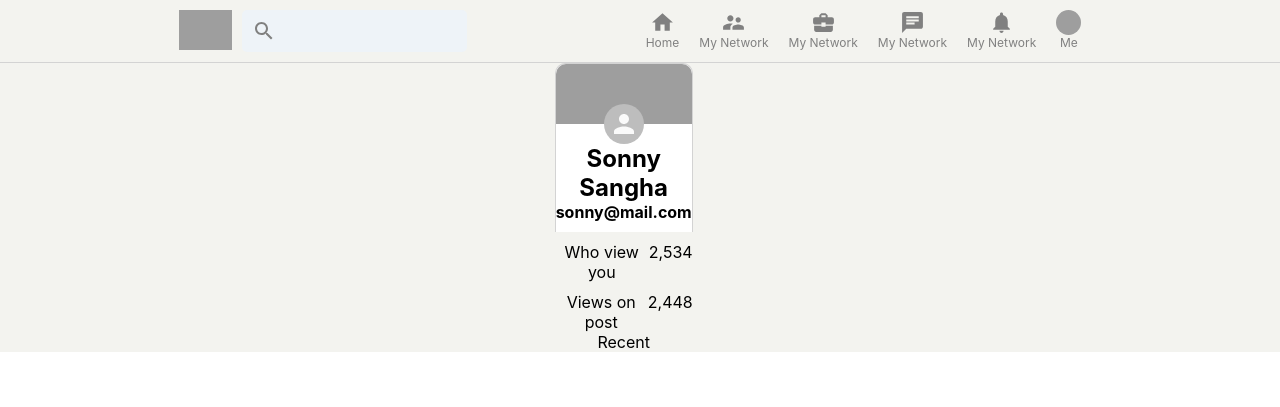
Repository: joaogamarra/linkedin-clone
Page: /
An editor plug-in stored every save of this project. The page is shown before and after the next save, followed by the edit.
The browser window is 1280 px wide. The pictures show the whole page.
Pictures or frames that could not be fetched are drawn as grey boxes. The project was rebuilt for these pictures with package versions that can differ from the ones it lists, and the page was loaded fresh each time.

Above is the page before, as saved 2021-02-18 19:50:56.

After the next save:
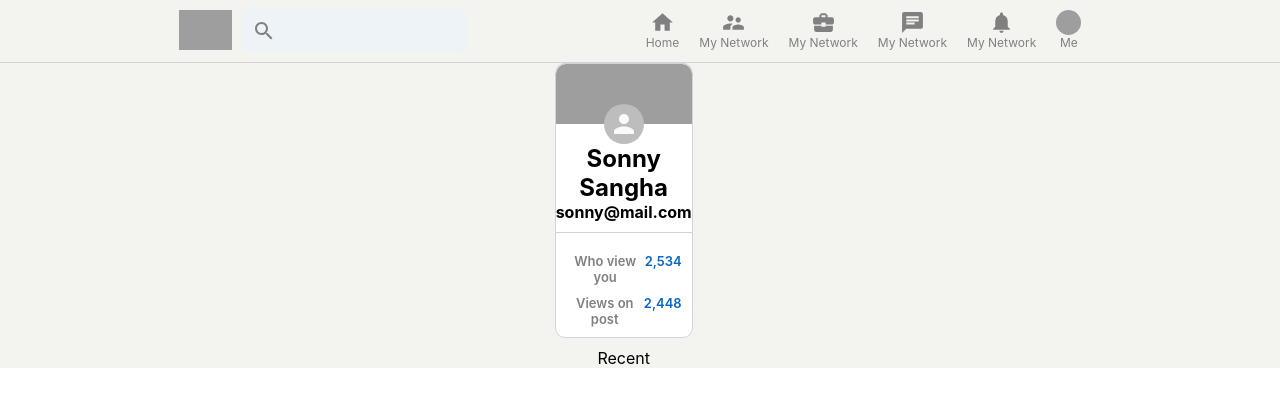
Saved 2 min 49 s later.
--- a/src/components/sidebar/Sidebar.css
+++ b/src/components/sidebar/Sidebar.css
@@ -30,9 +30,28 @@
 	border-top-left-radius: 10px;
 	border-top-right-radius: 10px;
 }
+.sidebar__stats {
+	padding: 10px;
+	margin-bottom: 10px;
+	border: 1px solid lightgray;
+	border-bottom-left-radius: 10px;
+	border-bottom-right-radius: 10px;
+	background-color: white;
+}
 
 .sidebar__stat {
 	margin-top: 10px;
 	display: flex;
 	justify-content: space-between;
 }
+
+.sidebar__stat > p {
+	color: gray;
+	font-size: 13px;
+	font-weight: 600;
+}
+
+.sidebar__statNumber {
+	font-weight: bold;
+	color: #0a66c2 !important;
+}
